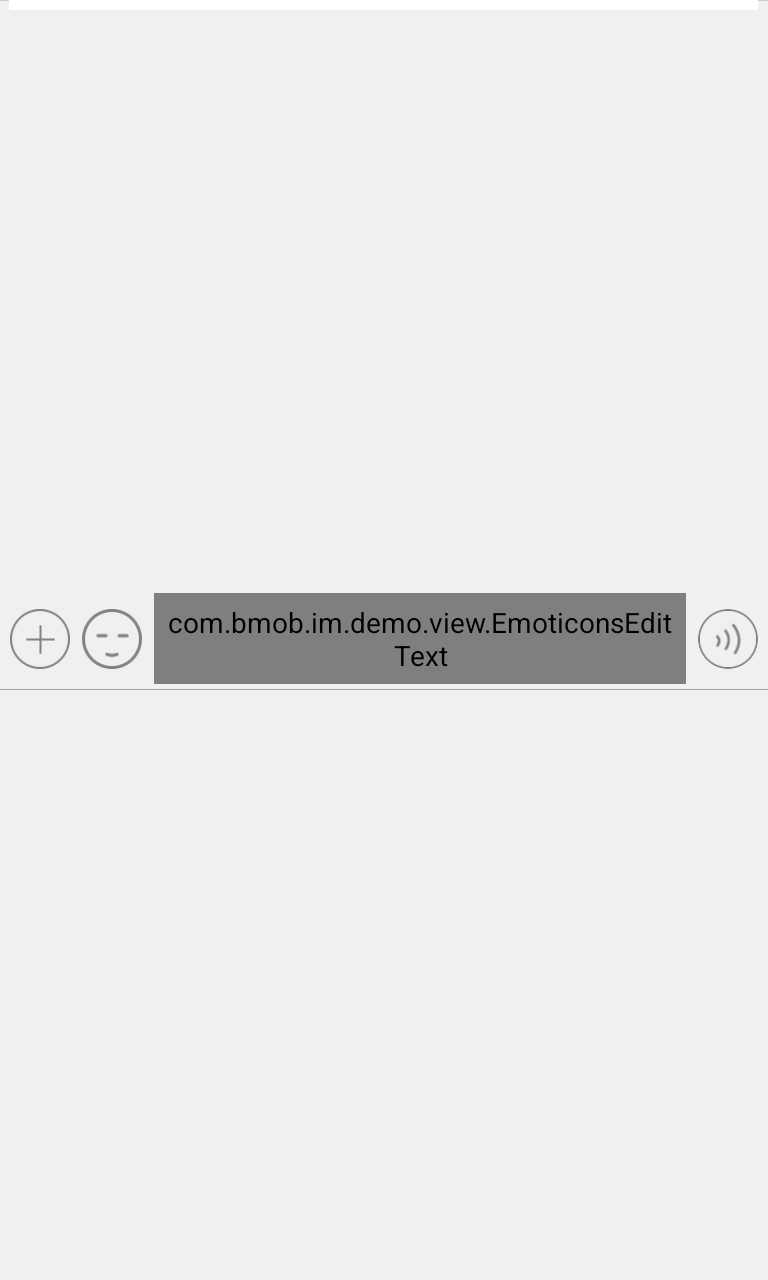
Repository: Qiuyongjie/Android--
Layout: YouMe/res/layout/include_chat_bottom_bar.xml
An editor plug-in stored every save of this project. The layout is shown before and after the next save, followed by the edit.
Pictures or frames that could not be fetched are drawn as grey boxes. It is drawn on a 768 x 1280 px phone screen (xhdpi) without system bars, with theme AppTheme; the app's code is not run. Lists and similar views that code fills are empty.

Above is the layout before, as saved 2015-07-26 05:39:50.

After the next save:
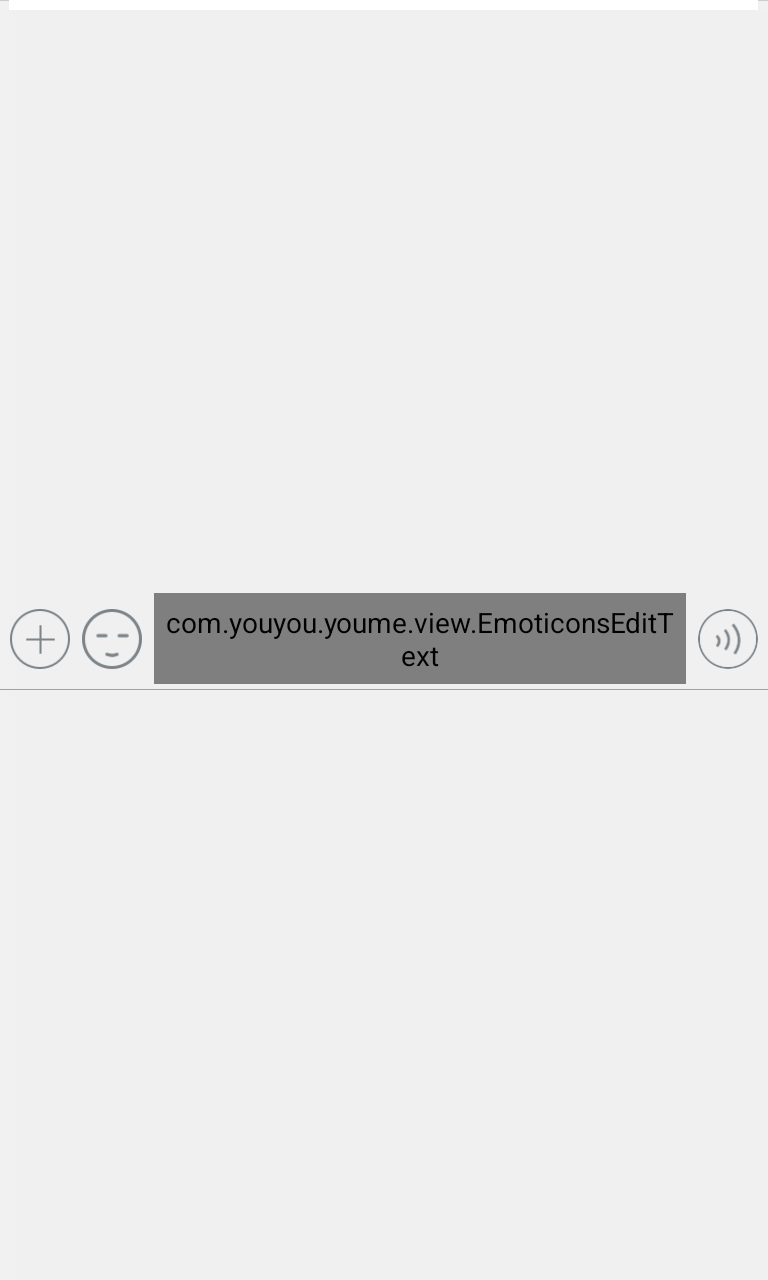
Saved 15 s later.
--- a/YouMe/res/layout/include_chat_bottom_bar.xml
+++ b/YouMe/res/layout/include_chat_bottom_bar.xml
@@ -32,7 +32,7 @@
             android:gravity="center"
             android:onClick="toAction" />
 
-        <com.bmob.im.demo.view.EmoticonsEditText
+        <com.youyou.youme.view.EmoticonsEditText
             android:id="@+id/edit_user_comment"
             android:layout_width="0dp"
             android:layout_height="wrap_content"
